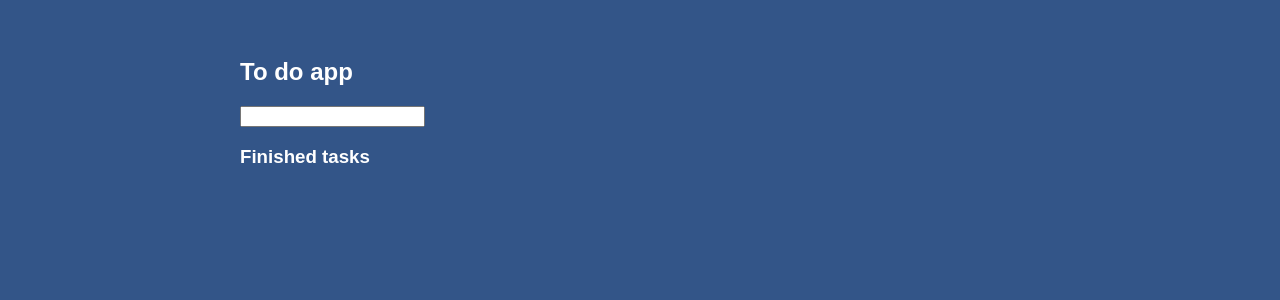
Repository: minsuk1/portfolio
Page: a1.html
The author's editor kept a copy of each file at every save. The page is drawn from the files as they stood at one save, then again after the next save.
The browser window is 1280 px wide. The pictures show the whole page.
Some web libraries are served in a nearby version.

Above is the page before, as saved 2021-01-02 13:58:40.

After the next save:
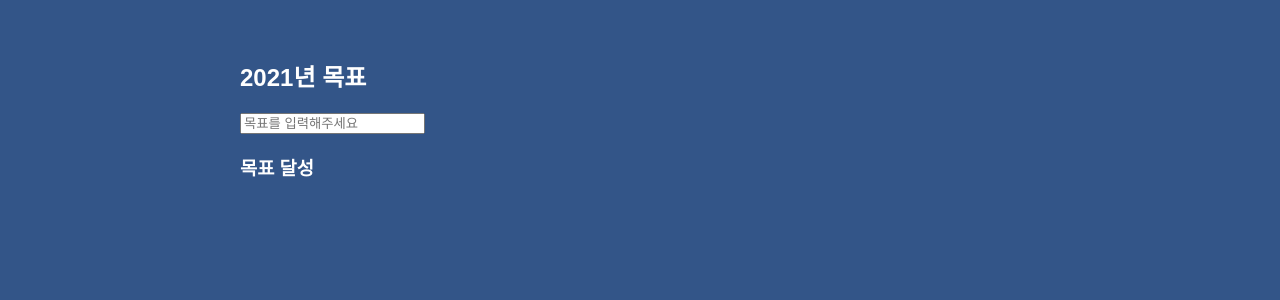
Saved 17 s later.
--- a/a1.html
+++ b/a1.html
@@ -22,17 +22,17 @@
     <body>
 
         <section>
-            <h1>To do app</h1>
+            <h1>2021년 목표</h1>
 
             <form>
-                <input type="text" id="task" />
+                <input type="text" id="task" placeholder="목표를 입력해주세요"/>
             </form>
 
             <div id="tasks">
             </div>
 
             <div id="done">
-                <h3>Finished tasks</h3>
+                <h3>목표 달성</h3>
 
             </div>
         </section>
@@ -41,14 +41,18 @@
 
 
             $('form').on('submit', function(e) {
+
                 e.preventDefault();
 
                 var newtask = $('#task').val();
+                $(this).val("");
                 var task_elem = $('<div>')
                     .append('<input type="checkbox">')
                     .addClass('task')
+                    .append("<span><i class='fas fa-trash'></i></span>")
                     .append(newtask);
                 $('#tasks').append(task_elem);
+
 
                 $.ajax({
                     url: '/',
@@ -58,8 +62,7 @@
                         task: newtask,
                     },
                     success: function(response) {
-                        console.log(response);
-                        console.log(JSON.stringify(response));
+
                     },
                 });
 
@@ -72,12 +75,23 @@
                     task.removeClass('strikeout');
                     task.appendTo($('#tasks'));
                 } else {
-                    task.addClass('strikeout');
+                    //task.append("<button>삭제</button>")
+                    task.addClass('strikeout')
+                   // task.append("<button><i class='fas fa-trash'></i></button>")
+
                     task.appendTo($('#done'));
+
                 }
             });
 
+            $('div').on("click", "span", function(event) {
+            event.stopPropagation();
+            $(this).parent().fadeOut(500, function(){
+            $(this).remove();
+            });
+            });
 
         </script>
+        <script src="https://kit.fontawesome.com/0f77f25011.js"></script>
     </body>
 </html>
